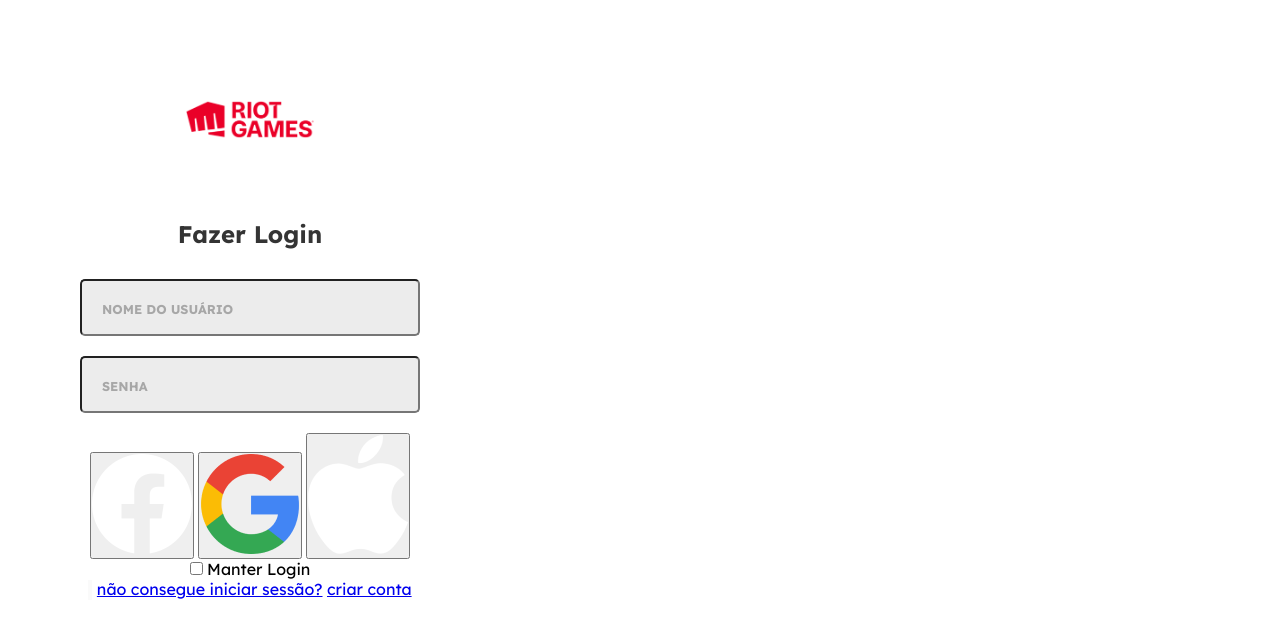
Repository: guilhermecardoso93/lolpage
Page: index.html
The author's editor kept a copy of each file at every save. The page is drawn from the files as they stood at one save, then again after the next save.
The browser window is 1280 px wide. The pictures show the whole page.

Above is the page before, as saved 2022-06-11 21:07:02.

After the next save:
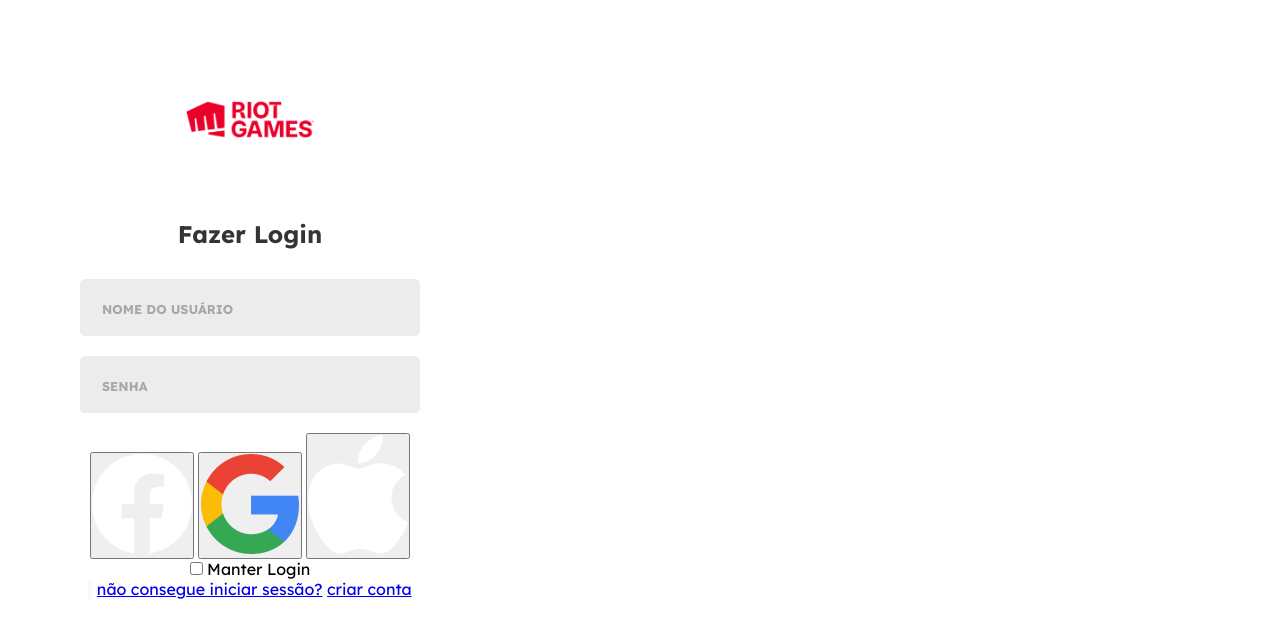
Saved 29 s later.
--- a/style.css
+++ b/style.css
@@ -50,7 +50,7 @@
 .input {
   width: 100%;
   background-color: var(--light-grey);
-  border: 2px solid rgba(rgba(255, 0, 0, 0), rgba(0, 128, 0, 0), rgba(0, 0, 255, 0), 1);
+  border: 2px solid rgba(0,0,0,0);
   border-radius: 5px;
   outline: none;
   font-size: 0.9rem;
